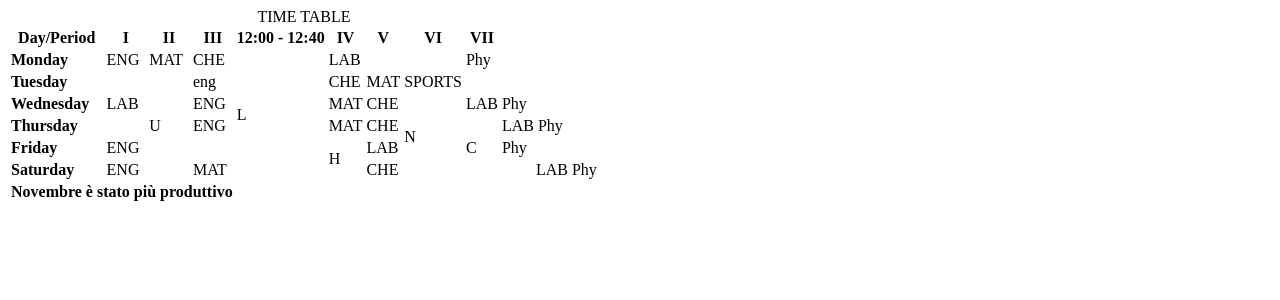
Repository: MicTomm/corso-frontend
Page: HTML/tabella/index.html
An editor plug-in stored every save of this project. The page is shown before and after the next save, followed by the edit.
The browser window is 1280 px wide. The pictures show the whole page.

Above is the page before, as saved 2023-11-07 16:29:11.

After the next save:
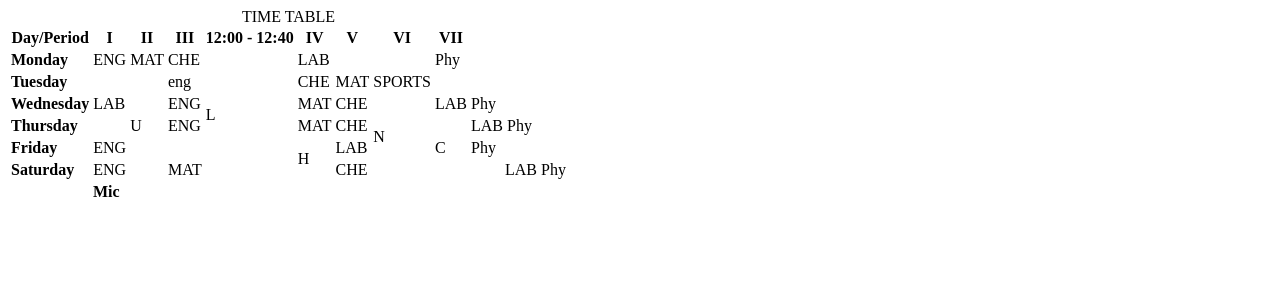
Saved 2 min 11 s later.
--- a/HTML/tabella/index.html
+++ b/HTML/tabella/index.html
@@ -40,7 +40,8 @@
         <td>CHE</td>
         <td>MAT</td>
         <td>SPORTS</td>
-      </tr><tr>
+      </tr>
+      <tr>
         <td><b>Wednesday</b></td>
         <td>ENG</td>
         <td>MAT</td>
@@ -48,7 +49,8 @@
         <td rowspan="6">N</td>
         <td>LAB</td>
         <td>Phy</td>
-      </tr><tr>
+      </tr>
+      <tr>
         <td><b>Thursday</b></td>
         <td>ENG</td>
         <td>MAT</td>
@@ -56,13 +58,15 @@
         <td rowspan="6">C</td>
         <td colspan="3">LAB</td>
         <td>Phy</td>
-      </tr><tr>
+      </tr>
+      <tr>
         <td><b>Friday</b></td>
         <td colspan="3">ENG</td>
         <td rowspan="6">H</td>
         <td colspan="3">LAB</td>
         <td>Phy</td>
-      </tr><tr>
+      </tr>
+      <tr>
         <td><b>Saturday</b></td>
         <td>ENG</td>
         <td>MAT</td>
@@ -75,7 +79,7 @@
 
     <tfoot>
       <tr>
-        <th colspan= "4">Novembre è stato più produttivo</th>
+        <th colspan= "4">Mic</th>
       </tr>
     </tfoot>
   </table>
